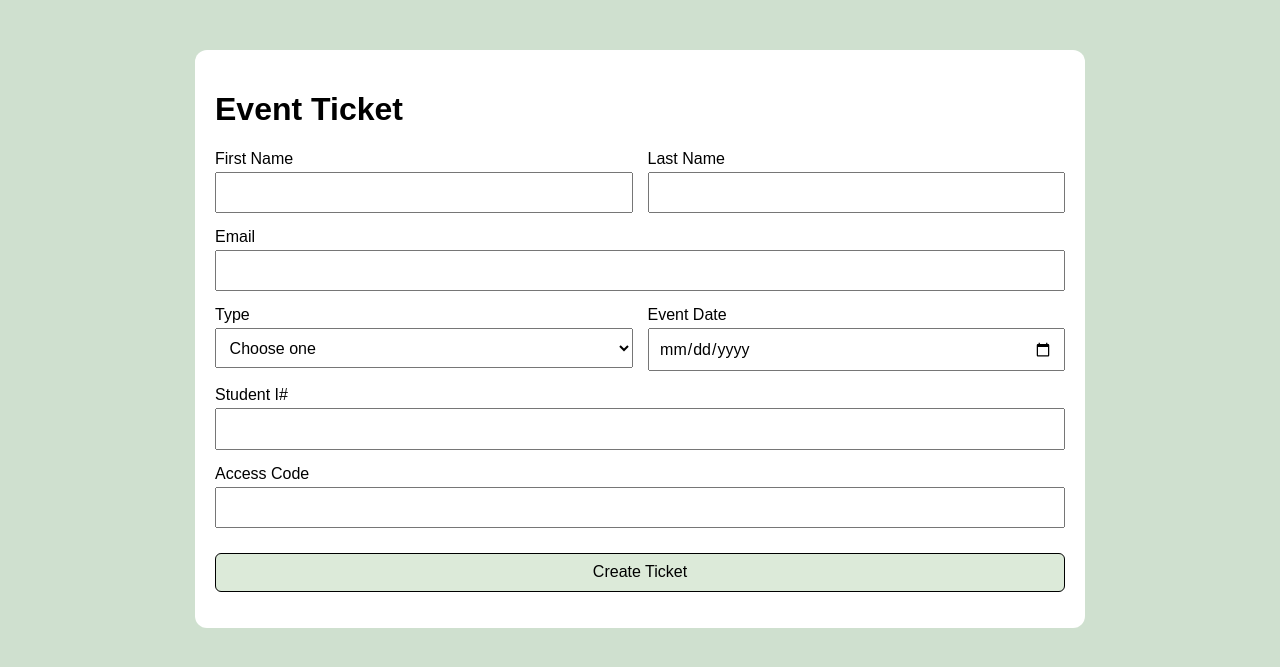
Repository: auqs/wdd131
Page: eventform/index.html
The author's editor kept a copy of each file at every save. The page is drawn from the files as they stood at one save, then again after the next save.
The browser window is 1280 px wide. The pictures show the whole page.
The pointer rests on the first visible `button`.

Above is the page before, as saved 2026-06-06 23:40:53.
Not found: eventform/script.js

After the next save:
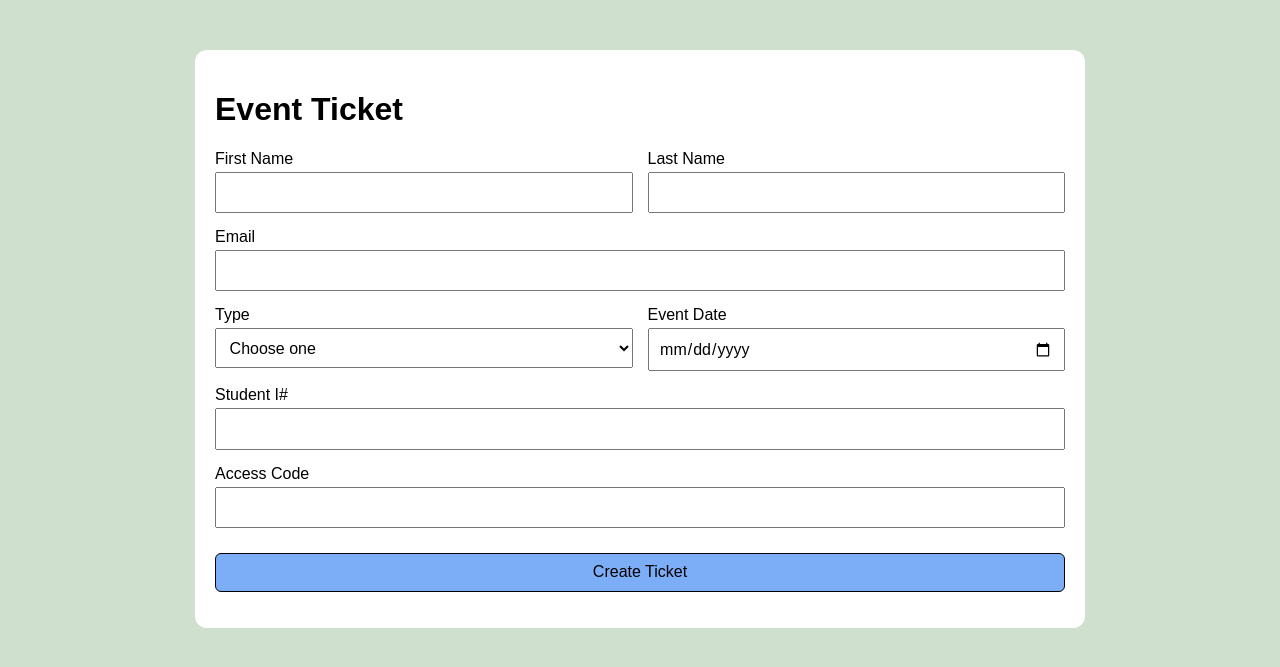
Saved 30 s later.
--- a/eventform/styles.css
+++ b/eventform/styles.css
@@ -45,7 +45,7 @@ button {
 }
 
 button:hover {
-  background: #dcead9;
+  background: #7caef8;
 }
 
 #output {
